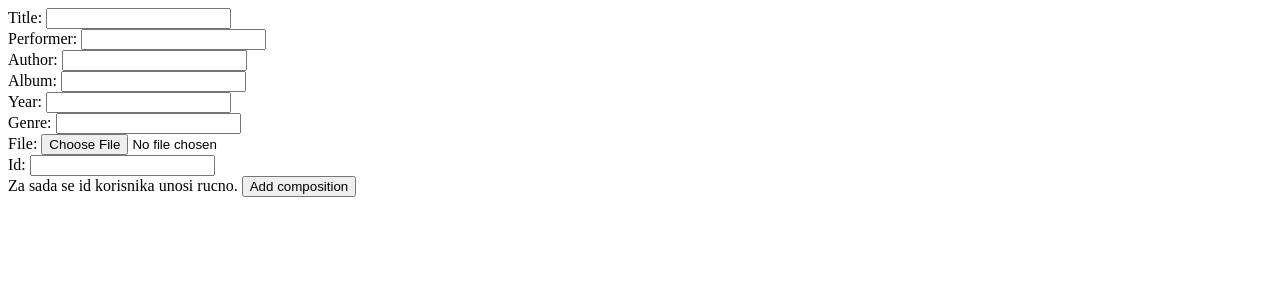
Repository: fmol2y/MusicMax
Page: http://localhost/MusicMax/newcomposition.jsp
The author's editor kept a copy of each file at every save. The page is drawn from the files as they stood at one save, then again after the next save.
The browser window is 1280 px wide. The pictures show the whole page.
The page is served by Tomcat 9.

Above is the page before, as saved 2016-05-09 23:49:46.

After the next save:
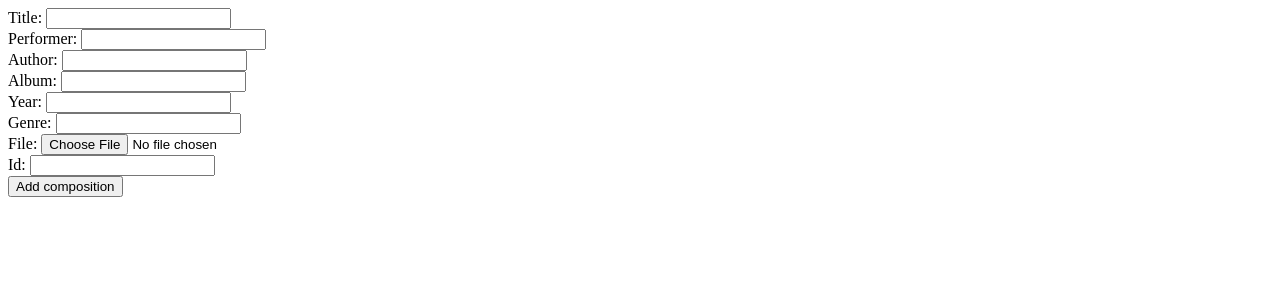
Saved 14 s later.
--- a/MusicMax/src/main/webapp/newcomposition.jsp
+++ b/MusicMax/src/main/webapp/newcomposition.jsp
@@ -16,7 +16,6 @@
 		Genre: <input type="text" name="genre"><br>
 		File: <input type="file" name="file"><br>
 		Id: <input type="text" name="id"><br>
-		Za sada se id korisnika unosi rucno.
 		<input type="submit" value="Add composition">
 	</form>
 </body>
